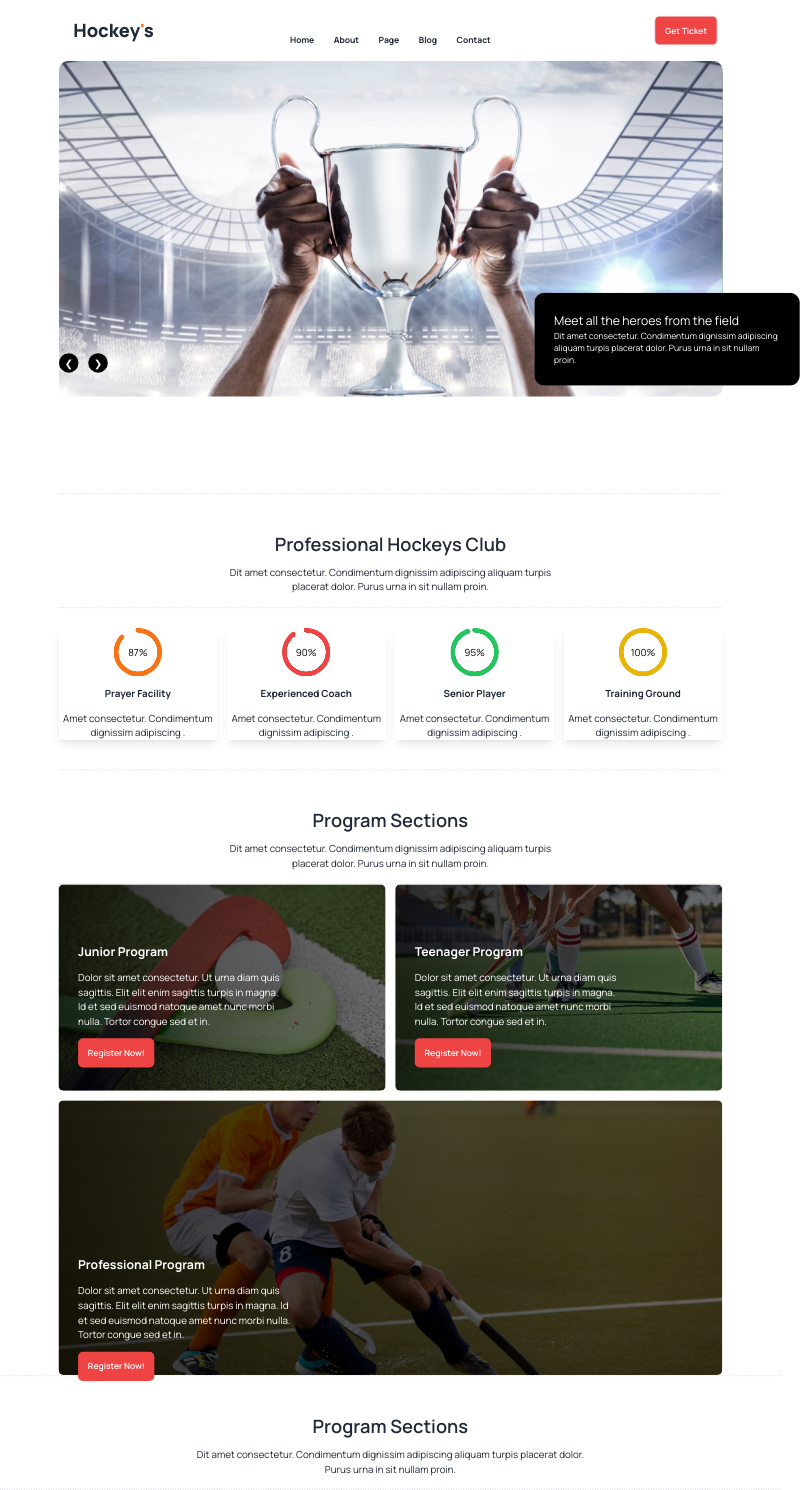
Repository: RudrasahaDibos/Hockey-
Page: index.html
These files come from the project's save history. The page is drawn as it stood at one moment and after the next save; the edit follows.
The browser window is 1280 px wide. The page is 1311 px wide, so the pictures cover 1311 px, including what lies to the right of the window. The pictures show the whole page, at 61% of full size.
Some web libraries are served in a nearby version.

Above is the page before, as saved 2024-10-23 23:03:31.

### index.html
<!DOCTYPE html>
<html lang="en">
<head>
    <meta charset="UTF-8">
    <meta name="viewport" content="width=device-width, initial-scale=1.0">
    <title>Hockeys</title>
    <!-- Tailwinds css -->
    <link href="https://cdn.jsdelivr.net/npm/daisyui@4.12.13/dist/full.min.css" rel="stylesheet" type="text/css" />
    <script src="https://cdn.tailwindcss.com"></script>
    <!-- Font asome -->
    <link rel="stylesheet" href="https://cdnjs.cloudflare.com/ajax/libs/font-awesome/6.6.0/css/all.min.css" integrity="sha512-Kc323vGBEqzTmouAECnVceyQqyqdsSiqLQISBL29aUW4U/M7pSPA/gEUZQqv1cwx4OnYxTxve5UMg5GT6L4JJg==" crossorigin="anonymous" referrerpolicy="no-referrer" />
   <!-- tailwind custom css -->
   <script>
    tailwind.config = {
      theme: {
        extend: {
          colors: {
            clifford: '#da373d',
          }
        }
      }
    }
  </script>
  <!-- google Font  -->
  <link rel="preconnect" href="https://fonts.googleapis.com">
  <link rel="preconnect" href="https://fonts.gstatic.com" crossorigin>
  <link href="https://fonts.googleapis.com/css2?family=Manrope:wght@200..800&display=swap" rel="stylesheet">

  <style>
.manrope {
  font-family: "Manrope", serif;
}
  </style>

</head>
<body class="manrope">
    <!-- header section start here -->
       <header class="container mx-auto lg:px-24 px-8">
                 <!-- navber start here -->
                     <nav>
                        <div class="navbar bg-base-100">
                            <div class="navbar-start">
                              <div class="dropdown">
                                <div tabindex="0" role="button" class="  lg:hidden">
                                  <svg
                                    xmlns="http://www.w3.org/2000/svg"
                                    class="h-5 w-5"
                                    fill="none"
                                    viewBox="0 0 24 24"
                                    stroke="currentColor">
                                    <path
                                      stroke-linecap="round"
                                      stroke-linejoin="round"
                                      stroke-width="2"
                                      d="M4 6h16M4 12h8m-8 6h16" />
                                  </svg>
                                </div>
                                <ul
                                  tabindex="0"
                                  class="menu menu-sm dropdown-content bg-base-100 rounded-box z-[1] mt-3 w-52 p-2 shadow">

                                    <li><a>Home</a></li>
                                    <li><a>About</a></li>
                                    <li><a>Page</a></li>
                                    <li><a>Blog</a></li>
                                    <li><a>Contact</a></li>

                                </ul>
                              </div>

                              <a class=" ml-4  text-2xl lg:text-3xl font-extrabold ">Hockey<span class="text-orange-500">'</span>s</a>

                            </div>
                            <div class="navbar-center hidden lg:flex">
                              <ul class="menu menu-horizontal px-1 mt-8">
                                <li class="hover:text-orange-500 font-bold"><a>Home</a></li>
                                <li  class="hover:text-orange-500 font-bold"><a>About</a></li>
                                <li  class="hover:text-orange-500 font-bold"><a>Page</a></li>
                                <li  class="hover:text-orange-500 font-bold"><a>Blog</a></li>
                                <li  class="hover:text-orange-500 font-bold"><a>Contact</a></li>
                              </ul>
                            </div>
                            <div class="navbar-end  lg:ml-0 ml-20">

                              <a class="btn bg-red-500 text-white  ">Get Ticket</a>
                            </div>
                          </div>
                     </nav>
                 <!-- navber end here -->

                  <!-- banner start here -->
                     <div>
                      <div class="carousel w-full">
                        <div id="slide1" class="carousel-item relative w-full ">
                          <img
                            src="Images/1.png"
                            class="w-full lg:h-[550px] " />
                          <div class="absolute lg:left-0 lg:right-0 lg:top-[90%] left-[90px] top-[80%] flex -translate-y-1/2 transform gap-4">
                            <div class=" h-8 w-8 rounded-full bg-black text-white flex justify-center items-center ">
                              <a href="#slide4" class="lg:btn lg:btn-circle">❮</a>
                            </div>
                            <div class="h-8 w-8 rounded-full bg-black text-white flex justify-center items-center">
                              <a href="#slide2" class="lg:btn lg:btn-circle ">❯</a>
                            </div>
                          </div>
                        </div>
                        <div id="slide2" class="carousel-item relative w-full">
                          <img
                            src="Images/2.png"
                            class="w-full lg:h-[550px]" />
                            <div class="absolute lg:left-0 lg:right-0 lg:top-[90%] left-[90px] top-[80%] flex -translate-y-1/2 transform gap-4">
                              <div class=" h-8 w-8 rounded-full bg-black text-white flex justify-center items-center ">
                                <a href="#slide1" class="lg:btn lg:btn-circle">❮</a>
                              </div>
                              <div class="h-8 w-8 rounded-full bg-black text-white flex justify-center items-center">
                                <a href="#slide3" class="lg:btn lg:btn-circle ">❯</a>
                              </div>
                            </div>
                        </div>
                        <div id="slide3" class="carousel-item relative w-full">
                          <img
                            src="Images/3.png"
                            class="w-full lg:h-[550px]" />
                            <div class="absolute lg:left-0 lg:right-0 lg:top-[90%] left-[90px] top-[80%] flex -translate-y-1/2 transform gap-4">
                              <div class=" h-8 w-8 rounded-full bg-black text-white flex justify-center items-center ">
                                <a href="#slide2" class="lg:btn lg:btn-circle">❮</a>
                              </div>
                              <div class="h-8 w-8 rounded-full bg-black text-white flex justify-center items-center">
                                <a href="#slide4" class="lg:btn lg:btn-circle ">❯</a>
                              </div>
                            </div>
                        </div>
                        <div id="slide4" class="carousel-item relative w-full">
                          <img
                            src="Images/4.png"
                            class="w-full lg:h-[550px]" />
                            <div class="absolute lg:left-0 lg:right-0 lg:top-[90%] left-[90px] top-[80%] flex -translate-y-1/2 transform gap-4">
                              <div class=" h-8 w-8 rounded-full bg-black text-white flex justify-center items-center ">
                                <a href="#slide3" class="lg:btn lg:btn-circle">❮</a>
                              </div>
                              <div class="h-8 w-8 rounded-full bg-black text-white flex justify-center items-center">
                                <a href="#slide1" class="lg:btn lg:btn-circle ">❯</a>
                              </div>
                            </div>
                        </div>
                      </div>

                        <!-- meet all hero  -->
                        <div class=" card bg-black  p-2 lg:p-8  lg:w-2/5 lg:-translate-y-44 lg:left-[780px]">
                          <div class="">
                            <h2 class="lg:text-xl bold text-white">Meet all the heroes from the field</h2>
                            <p class="text-sm text-white">Dit amet consectetur. Condimentum dignissim adipiscing aliquam   turpis placerat dolor. Purus urna in sit nullam proin. </p>

                          </div>
                        </div>
                      <!-- meet hero ebds -->


                     </div>


                   <!-- banner end here -->
       </header>
       <!-- Header section End here -->

       <!-- Main secetion start here  -->
        <main>
                      <!-- Professional Hockeys Club start here -->
                         <section class=" container mx-auto lg:px-24 px-8 lg:mt-0  mt-5  ">
                                 <div class="text-center space-y-4 border-dotted border-t-2 border-b-2  border-separate h-[189px] lg:pt-16">
                                     <h1 class=" text-xl lg:text-3xl font-semibold">Professional Hockeys Club</h1>
                                     <p class="lg:w-[50%] lg:mx-auto">Dit amet consectetur. Condimentum dignissim adipiscing aliquam turpis placerat dolor. Purus urna in sit nullam proin. </p>
                                 </div>
                                  <div class="mt-8">
                                        <div class="grid grid-cols-1 md:gird-cols-2 lg:grid-cols-4 gap-4 ">
                                                <div class=" h-50 shadow-lg space-y-4 flex flex-col justify-center items-center">
                                                  <div class="radial-progress text-orange-500  " style="--value:87;" role="progressbar"><span class="text-black"> 87%</span></div>
                                                    <h3 class="font-bold">Prayer Facility</h3>
                                                    <p class="text-center">Amet consectetur. Condimentum dignissim adipiscing .</p>
                                                </div>
                                                <div class=" h-50 shadow-lg space-y-4 flex flex-col justify-center items-center">
                                                  <div class="radial-progress text-red-500  " style="--value:90;" role="progressbar"><span class="text-black"> 90%</span></div>
                                                    <h3 class="font-bold">Experienced Coach</h3>
                                                    <p class="text-center">Amet consectetur. Condimentum dignissim adipiscing .</p>
                                                </div>
                                                <div class=" h-50  shadow-lg space-y-4 flex flex-col justify-center items-center">
                                                  <div class="radial-progress text-green-500  " style="--value:95;" role="progressbar"><span class="text-black"> 95%</span></div>
                                                    <h3 class="font-bold">Senior Player</h3>
                                                    <p class="text-center">Amet consectetur. Condimentum dignissim adipiscing .</p>
                                                </div>
                                                <div class=" h-50 shadow-lg space-y-4 flex flex-col justify-center items-center">
                                                  <div class="radial-progress text-yellow-500  " style="--value:100;" role="progressbar"><span class="text-black"> 100%</span></div>
                                                    <h3 class="font-bold">Training Ground</h3>
                                                    <p class="text-center">Amet consectetur. Condimentum dignissim adipiscing .</p>
                                                </div>
                                        </div>
                                  </div>

                         </section>
                       <!-- Professional Hockeys Club end here -->


                       <!-- Program Sections start here -->
                            <section class="container mx-auto lg:px-24 px-8 mt-12 ">
                              <div class="text-center space-y-4 border-dotted border-t-2 border-b-2  border-separate h-[189px] lg:pt-16">
                                <h1 class=" text-xl lg:text-3xl font-semibold">Program Sections</h1>
                                <p class="lg:w-[50%] lg:mx-auto">Dit amet consectetur. Condimentum dignissim adipiscing aliquam turpis placerat dolor. Purus urna in sit nullam proin. </p>
                            </div>
                               <div>
                                <div class="grid  grid-cols-1 lg:grid-cols-2 gap-4">

                                  <div class=" relative bg-no-repeat rounded-lg  bg-center bg-cover  w-full bg-[linear-gradient(90deg,rgb(0,0,0,0.8),rgb(0,0,0,0.5)),url(./images/2.png)] h-[244px] lg:h-[338px]">

                                   <div class="text-start lg:pt-24 space-y-2 lg:space-y-4 pl-8">
                                    <h2 class="text-white text-xl font-bold">Junior Program</h2>
                                    <p class="text-white lg:w-2/3">Dolor sit amet consectetur. Ut urna diam quis sagittis. Elit elit
                                      enim sagittis turpis in magna. Id et sed euismod natoque amet nunc morbi nulla. Tortor congue sed et in.</p>
                                     <button class="btn bg-red-500 border-none text-white">Register Now!</button>
                                   </div>
                                 </div>

                                  <div class="relative  bg-no-repeat rounded-lg  bg-center bg-cover  w-full bg-[linear-gradient(90deg,rgb(0,0,0,0.8),rgb(0,0,0,0.5)),url(./images/3.png)] h-[244px] lg:h-[338px]">
                                    <div class="text-start lg:pt-24 space-y-2 lg:space-y-4 pl-8">
                                      <h2 class="text-white text-xl font-bold">Teenager Program</h2>
                                      <p class="text-white lg:w-2/3">Dolor sit amet consectetur. Ut urna diam quis sagittis. Elit elit
                                        enim sagittis turpis in magna. Id et sed euismod natoque amet nunc morbi nulla. Tortor congue sed et in.</p>
                                       <button class="btn bg-red-500 border-none text-white">Register Now!</button>
                                     </div>
                                  </div>
                                  <div class=" lg:col-span-2 relative  rounded-lg  bg-center bg-cover w-full bg-[linear-gradient(90deg,rgb(0,0,0,0.8),rgb(0,0,0,0.5)),url(./images/4.png)] h-[244px] lg:h-[450px]">
                                    <div class="text-start lg:pt-64 space-y-2 lg:space-y-4 pl-8">
                                      <h2 class="text-white text-xl font-bold">Professional Program</h2>
                                      <p class="text-white lg:w-1/3">Dolor sit amet consectetur. Ut urna diam quis sagittis. Elit elit
                                        enim sagittis turpis in magna. Id et sed euismod natoque amet nunc morbi nulla. Tortor congue sed et in.</p>
                                       <button class="btn bg-red-500 border-none text-white">Register Now!</button>
                                     </div>
                                  </div>
                                </div>
                               </div>
                            </section>

                       <!-- Program Sections end here -->


                       <!-- Our New Products start here -->
                        <section class="container mx-auto lg:px-">
                          <div class="text-center space-y-4 border-dotted border-t-2 border-b-2  border-separate h-[189px] lg:pt-16">
                            <h1 class=" text-xl lg:text-3xl font-semibold">Program Sections</h1>
                            <p class="lg:w-[50%] lg:mx-auto">Dit amet consectetur. Condimentum dignissim adipiscing aliquam turpis placerat dolor. Purus urna in sit nullam proin. </p>
                          </div>
                        </section>

                       <!-- Our New Products end here -->
        </main>
        <!-- main section end here -->

</body>
</html>

After the next save:
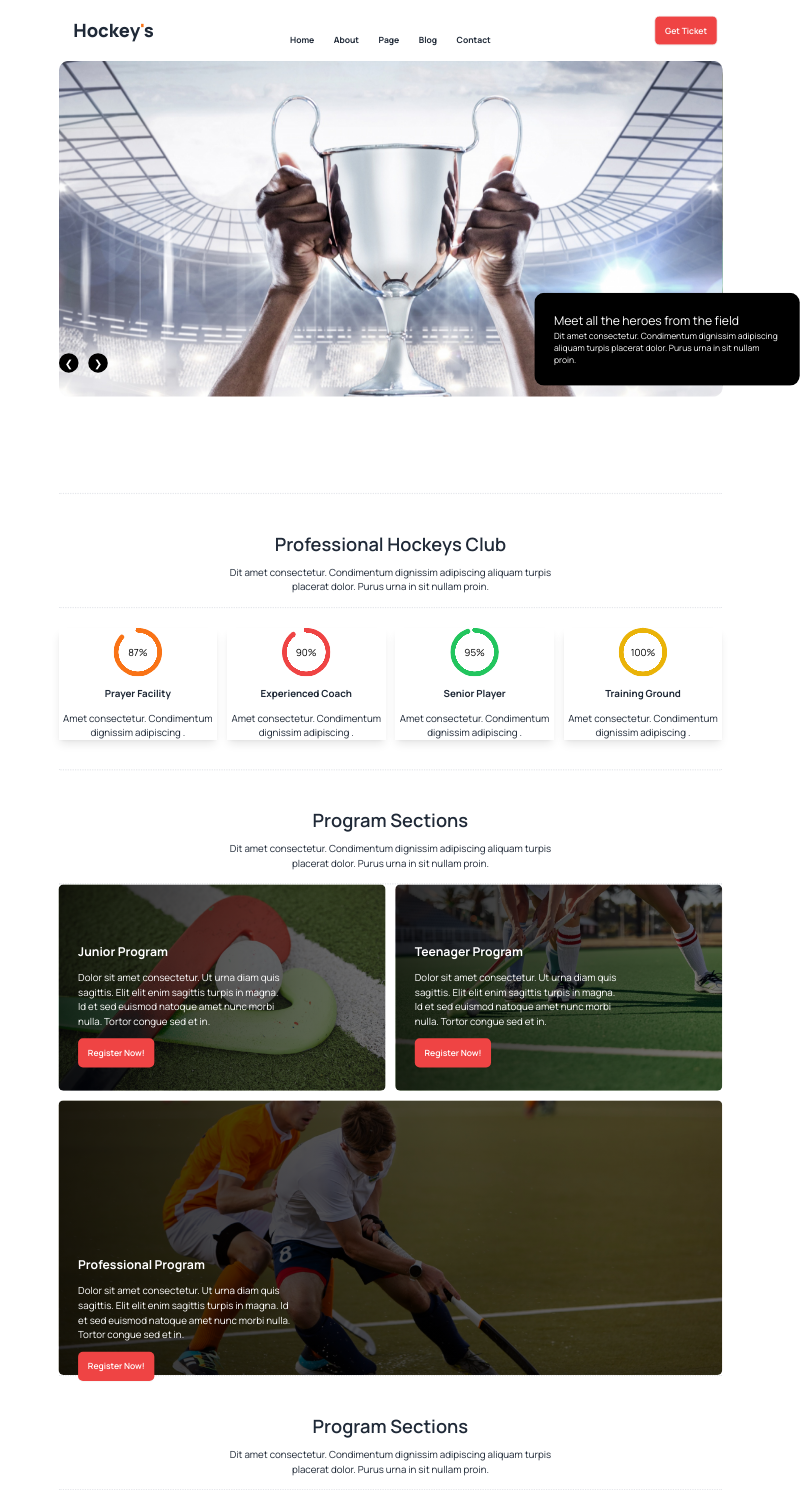
Saved 6 s later.
--- a/index.html
+++ b/index.html
@@ -243,7 +243,7 @@
 
 
                        <!-- Our New Products start here -->
-                        <section class="container mx-auto lg:px-">
+                        <section class="container mx-auto lg:px-24 ">
                           <div class="text-center space-y-4 border-dotted border-t-2 border-b-2  border-separate h-[189px] lg:pt-16">
                             <h1 class=" text-xl lg:text-3xl font-semibold">Program Sections</h1>
                             <p class="lg:w-[50%] lg:mx-auto">Dit amet consectetur. Condimentum dignissim adipiscing aliquam turpis placerat dolor. Purus urna in sit nullam proin. </p>
